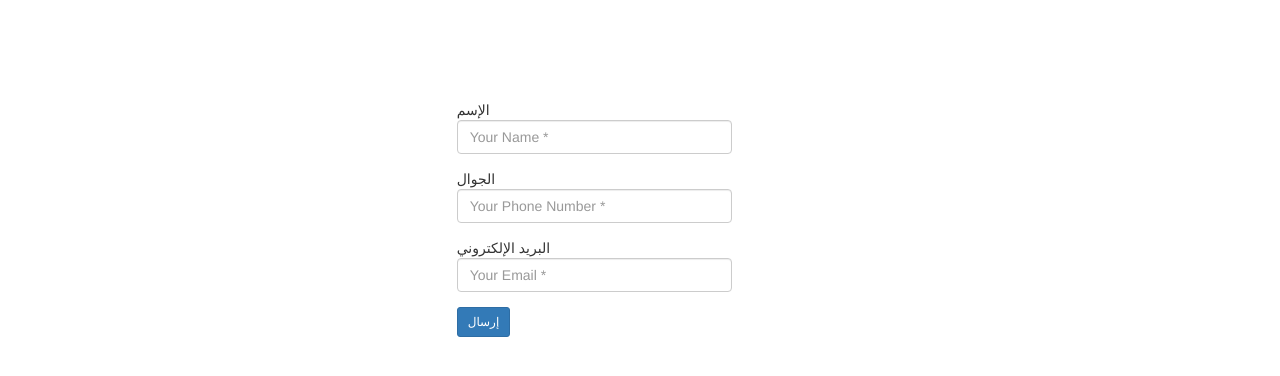
Repository: Abdaljawad-Aya/Itbeep-task
Page: http://localhost/form-user
The author's editor kept a copy of each file at every save. The page is drawn from the files as they stood at one save, then again after the next save.
The browser window is 1280 px wide. The pictures show the whole page.
The page is served by the project's Laravel application, run on PHP 8.4 with Laravel 8.

Above is the page before, as saved 2021-03-07 17:20:21.

After the next save:
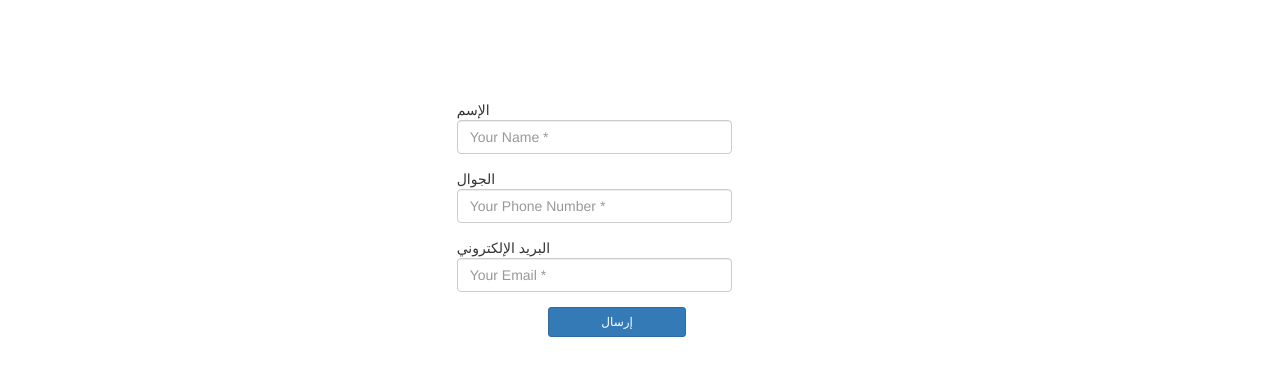
Saved 5 s later.
--- a/singlePageApp/resources/views/form-user.blade.php
+++ b/singlePageApp/resources/views/form-user.blade.php
@@ -74,7 +74,7 @@
 
         <div class="form-group">
 
-            <input type="submit" name="btnSubmit" class="btn btn-primary btn-square btn-sm " value="إرسال">
+            <input type="submit" name="btnSubmit" class="btn btn-primary btn-square btn-sm col-lg-6 col-md-offset-4" value="إرسال">
         </div>
      </div>
     </form>
